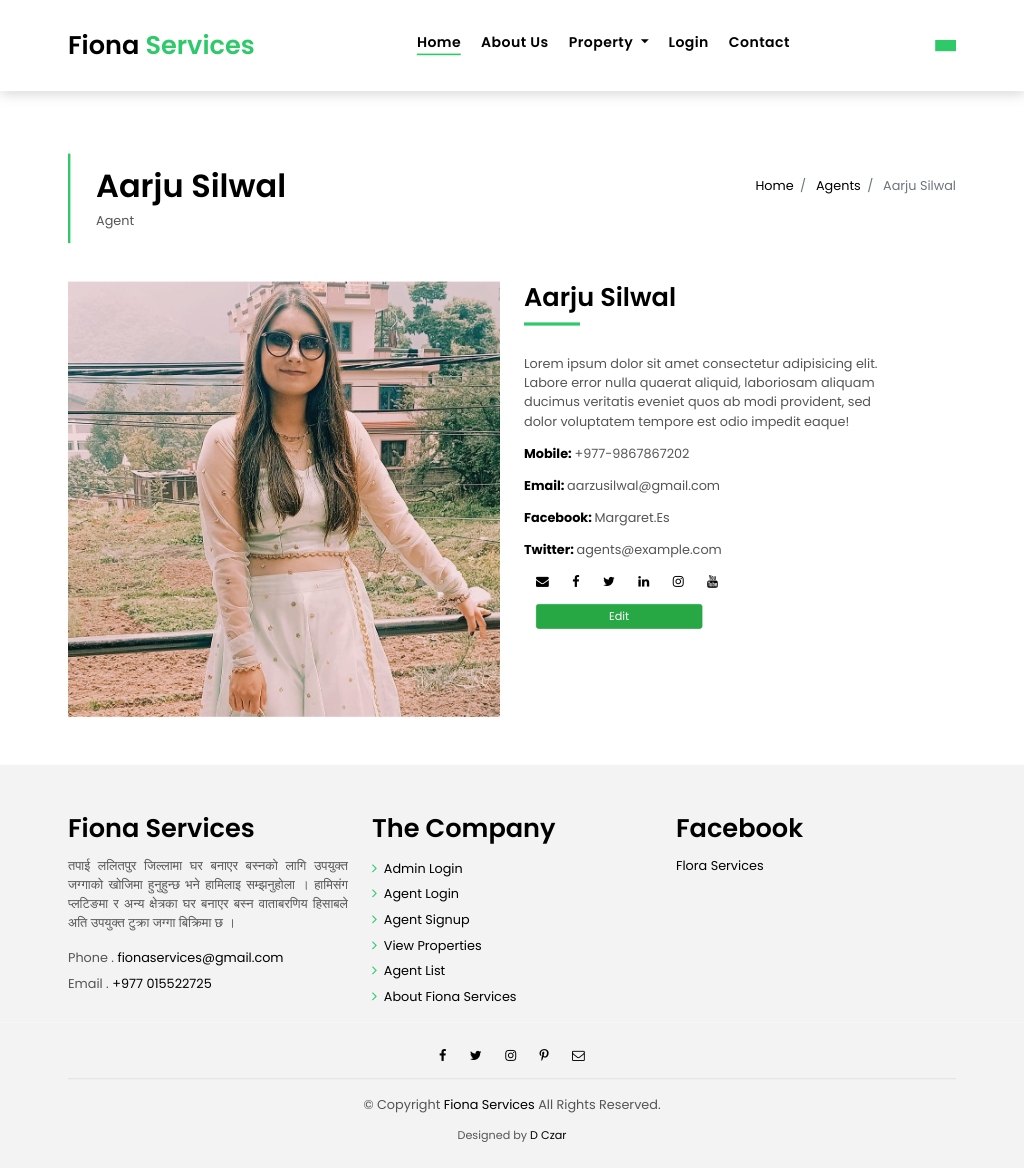
Repository: Sjuicyy/realstate
Page: profile.html
An editor plug-in stored every save of this project. The page is shown before and after the next save, followed by the edit.
The browser window is 1280 px wide. The pictures show the whole page, at 80% of full size.

Above is the page before, as saved 2022-10-15 10:48:04.

After the next save:
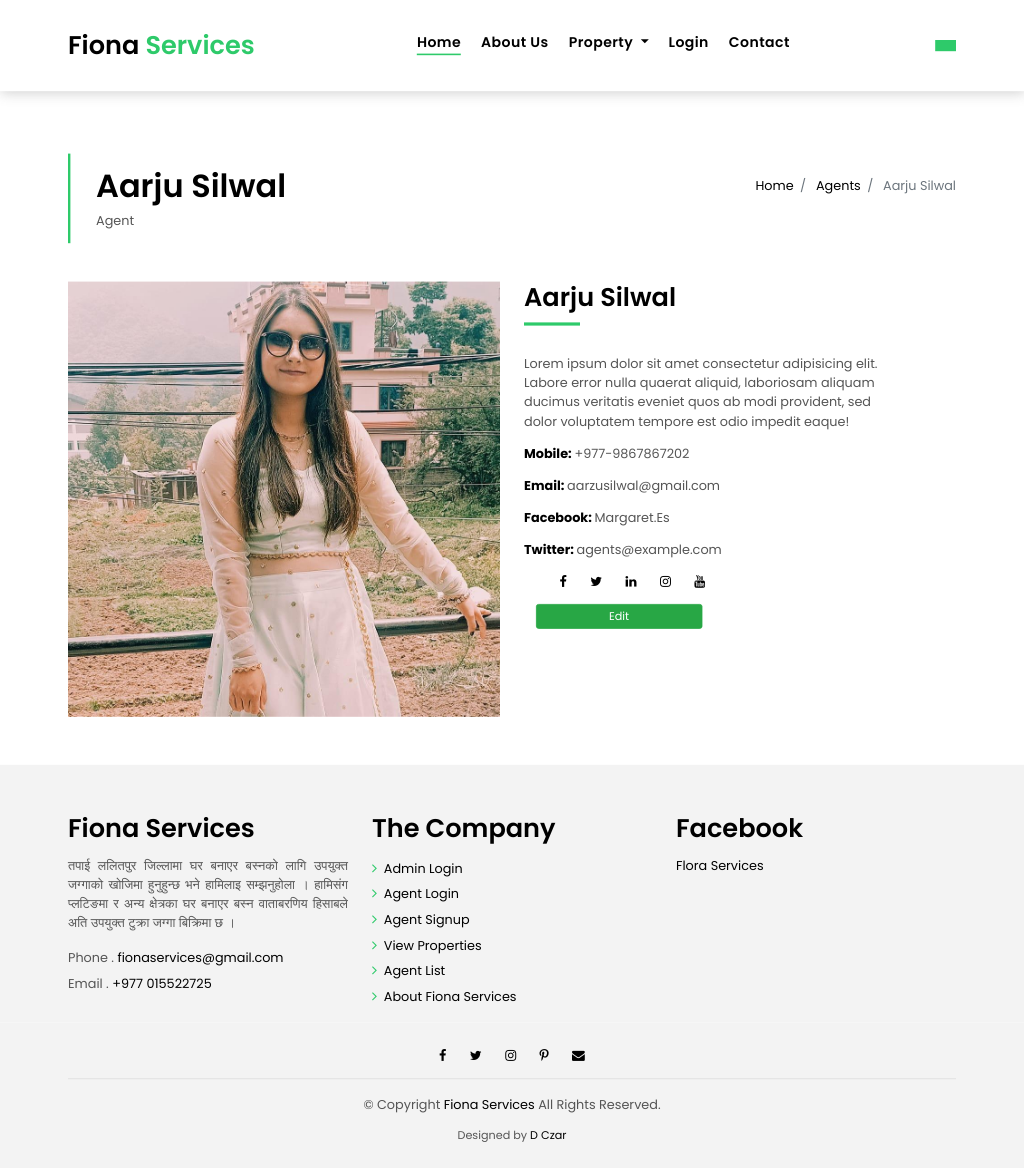
Saved 11 s later.
--- a/profile.html
+++ b/profile.html
@@ -162,7 +162,7 @@
                                             <ul class="list-inline">
                                                 <li class="list-inline-item">
                                                     <a href="#">
-                                                        <i class="fa fa-envelope" aria-hidden="true"></i>
+                                                        <i class="fa fa-envelopearia-hidden="true"></i>
                                                     </a>
                                                 </li>
                                                 <li class="list-inline-item">
@@ -338,7 +338,7 @@
                             </li>
                             <li class="list-inline-item">
                                 <a href="#">
-                                    <i class="fa fa-envelope-o" aria-hidden="true"></i>
+                                    <i class="fa fa-envelope" aria-hidden="true"></i>
                                 </a>
                             </li>
                         </ul>

After the save that followed:
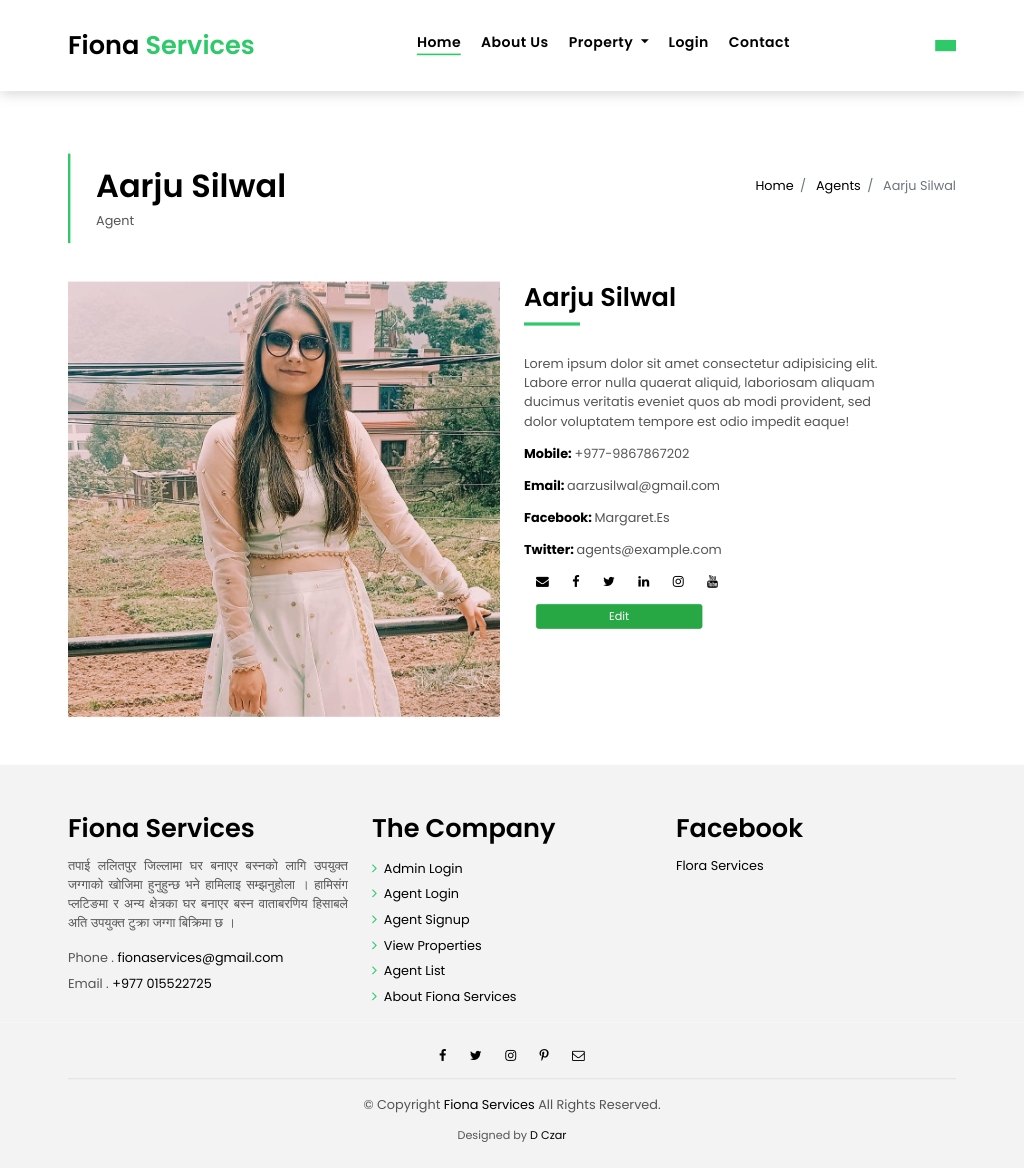
Saved 18 s later.
--- a/profile.html
+++ b/profile.html
@@ -162,7 +162,7 @@
                                             <ul class="list-inline">
                                                 <li class="list-inline-item">
                                                     <a href="#">
-                                                        <i class="fa fa-envelopearia-hidden="true"></i>
+                                                        <i class="fa fa-envelope" aria-hidden="true"></i>
                                                     </a>
                                                 </li>
                                                 <li class="list-inline-item">
@@ -338,7 +338,7 @@
                             </li>
                             <li class="list-inline-item">
                                 <a href="#">
-                                    <i class="fa fa-envelope" aria-hidden="true"></i>
+                                    <i class="fa fa-envelope-o" aria-hidden="true"></i>
                                 </a>
                             </li>
                         </ul>
